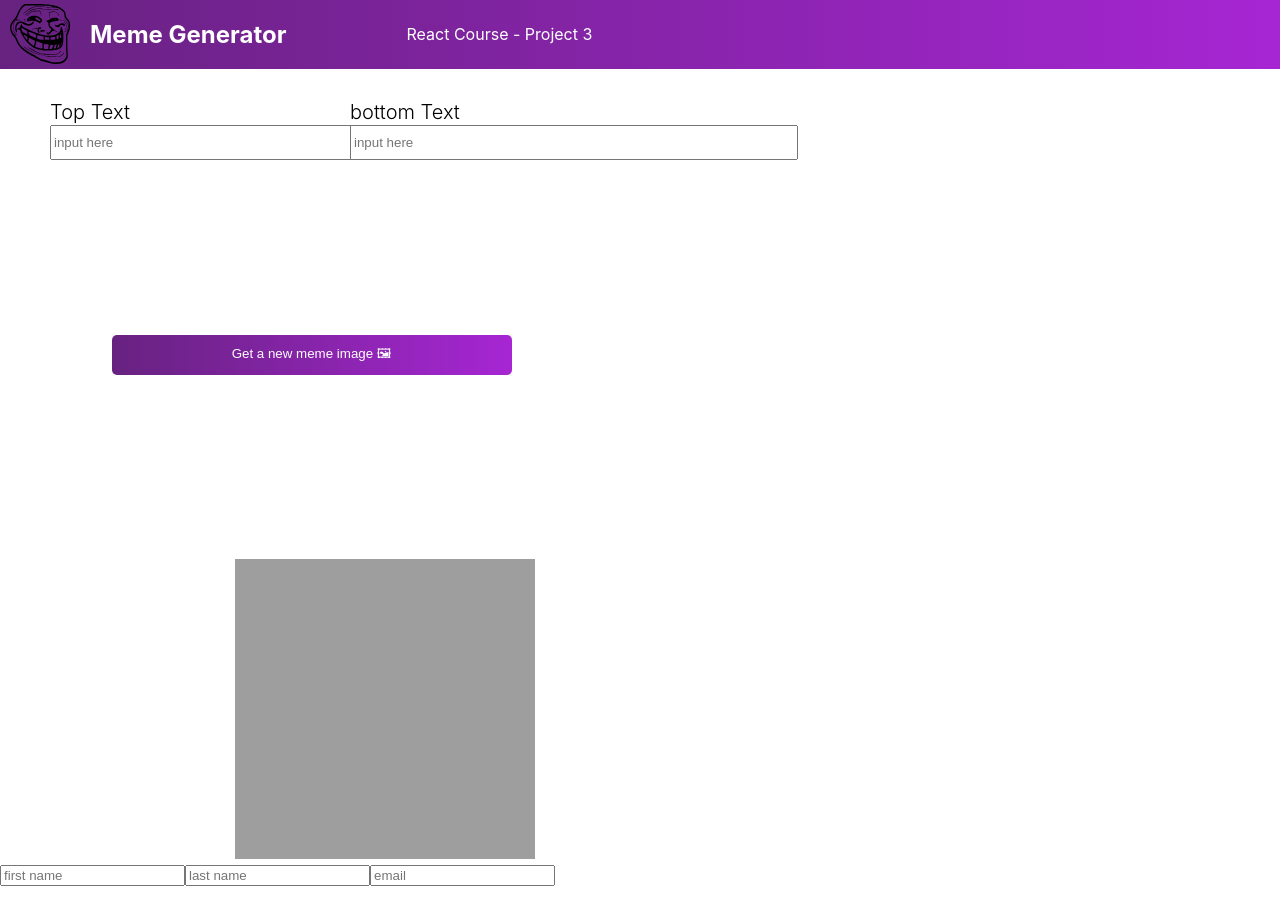
Repository: mortiestmorty1/meme-generator-react
Page: /
These files come from the project's save history. The page is drawn as it stood at one moment and after the next save; the edit follows.
The browser window is 1280 px wide. The pictures show the whole page.
Pictures or frames that could not be fetched are drawn as grey boxes. The project was rebuilt for these pictures with package versions that can differ from the ones it lists, and the page was loaded fresh each time. Also part of the build but not shown: src/components/box.js.

Above is the page before, as saved 2024-01-20 19:54:16.

After the next save:
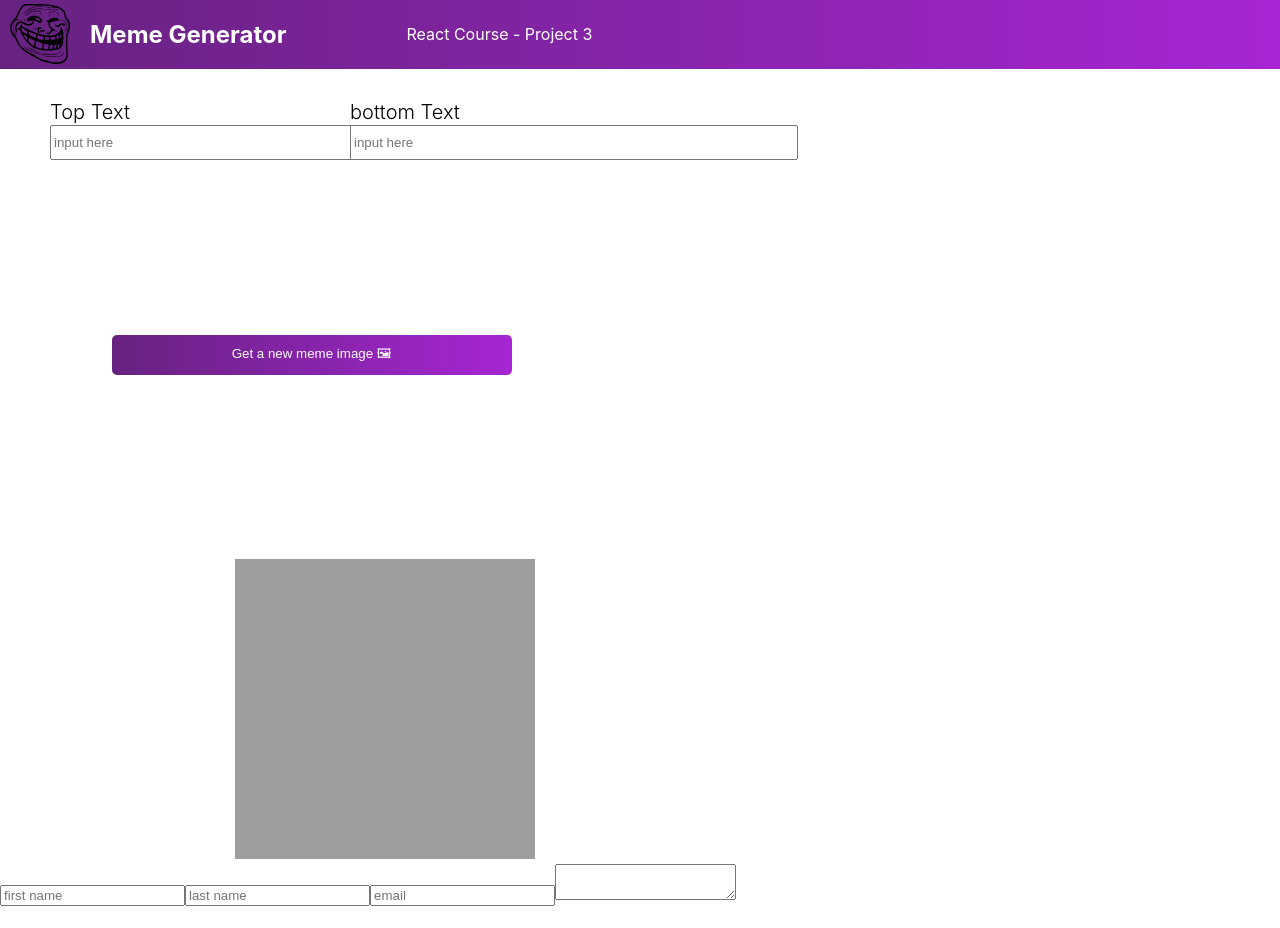
Saved 3 min 4 s later.
--- a/src/App.js
+++ b/src/App.js
@@ -11,7 +11,8 @@ function App(props) {
  const [name , setname] = useState({
   firstname : "",
   lastname : "",
-  email: ""
+  email: "",
+  comments: ""
 })
 
 function handleChange(event) {
@@ -47,6 +48,7 @@ function handleChange(event) {
       name="email"
       value={name.email}>
       </input>
+      <textarea value={name.comments}></textarea>
       <h1>{name.firstname}</h1>
       <h1>{name.lastname}</h1>
       <h1>{name.email}</h1>
